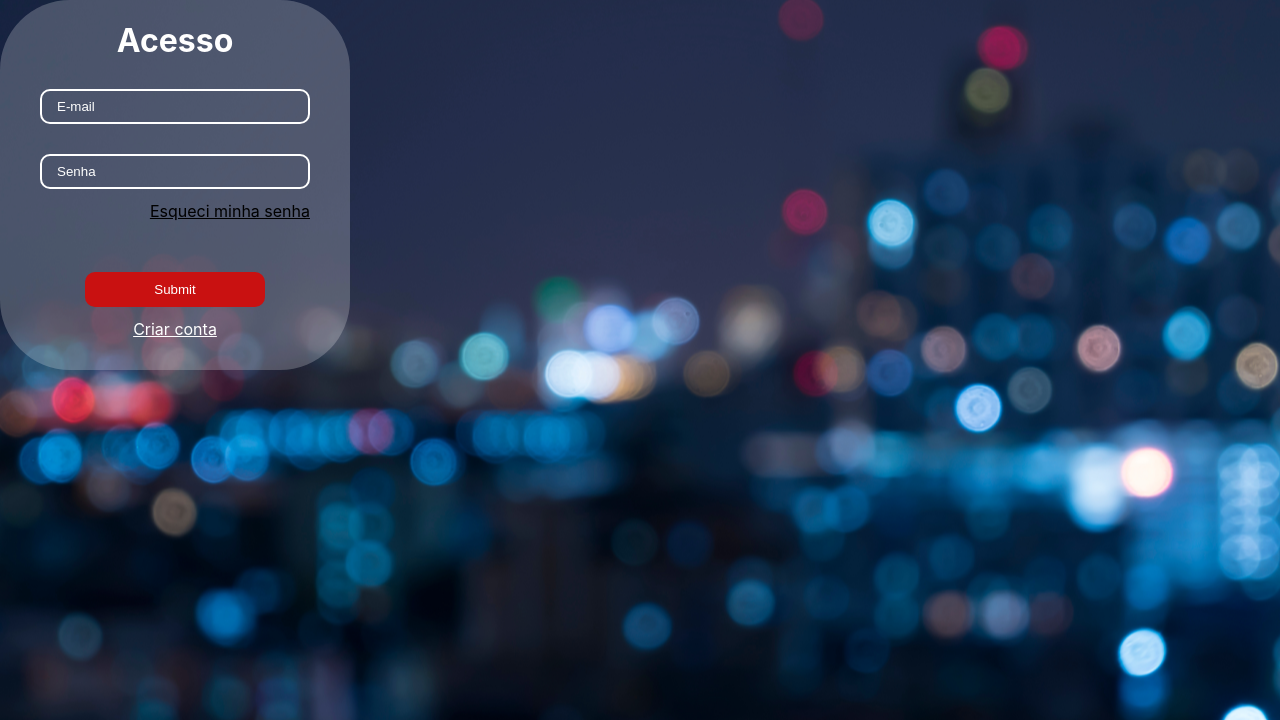
Repository: mateus-henrique-silva/Plataforma_videos_treinamento
Page: / (app in my-app/)
These files come from the project's save history. The page is drawn as it stood at one moment and after the next save; the edit follows.
The browser window is 1280 px wide. The pictures show the whole page.
The project was rebuilt for these pictures with package versions that can differ from the ones it lists, and the page was loaded fresh each time.

Above is the page before, as saved 2022-08-16 09:05:36.

### my-app/src/App.js
import logo from "./logo.svg";
import React from "react";
import "./App.css";
import Login from "./Pages/Login/Login"
import { BrowserRouter as Router, Routes, Route, Link } from "react-router-dom";

function App() {
  return (
    <div className="App">
      <Router>
        <Routes>
          <Route element={<Login />} path="/" />
        </Routes>
      </Router>
    </div>
  );
}

export default App;

### my-app/src/App.css
*{
  padding: 0;
  margin: 0;
  border:0;
}

### my-app/src/Pages/Login/Login.jsx
import React from "react";
import "./Login.css";
import FormLogin from '../../Components/formLogin/formLogin'

const Login = () => {
  return (
    <>
      <div className="backgound-one">
          <FormLogin/>
      </div>
    </>
  );
};

export default Login;

### my-app/src/Pages/Login/Login.css
.backgound-one{
    width:100vw;
    height:100vh;
    background: url("../../Assets//ImageBackground/Rectangle.png") fixed center no-repeat;
}

### my-app/src/Components/formLogin/formLogin.jsx
import React, { useState } from "react";
import "./formLogin.css";
import { BrowserRouter as Router, Routes, Route, Link } from "react-router-dom";

const FormLogin = () => {
  const [email, setEmail] = useState("");
  const [pass, setPass] = useState("");
  return (
    <div>
      <div className="box-login">
        <form className="formLogin">
          <h1>Acesso</h1>
          <input
            type="text"
            placeholder="E-mail"
            value={email}
            onChange={(e) => {
              setEmail(e.target.value);
            }}
          />
          <input
            type="password"
            placeholder="Senha"
            value={pass}
            onChange={(e) => {
              setPass(e.target.value);
            }}
          />
          <Link to="/">Esqueci minha senha</Link>
          <center>
            {" "}
            <input type="submit" />
          </center>
          <Link to="/">Criar conta</Link>
        </form>
      </div>
    </div>
  );
};

export default FormLogin;

### my-app/src/Components/formLogin/formLogin.css
.box-login {
  width: 350px;
  height: 370px;
  display: grid;
  background: rgba(255, 255, 255, 0.22);
  border-radius: 70px;
  justify-content: center;
  align-items: center;
}

.box-login .formLogin input[type="text"], [type="password"] {
  width: 270px;
  height: 35px;
  margin-bottom: 0;
  bottom: 0;
  margin-top: -12px;
  box-sizing: border-box;
  border: 2px solid #ffffff;
  border-radius: 10px;
  padding-left: 15px;
 background:transparent;
 color: #ffffff;
}
.box-login .formLogin input::placeholder {
    color: #ffffff;
  }
.box-login .formLogin {
  height: 100%;
  width: 350px;
  color: #ffffff;
  justify-content: center;
  align-items: center;
  display: grid;
}
.box-login .formLogin a{
    color: black;
    margin-top: -40px;
    display:flex;
    justify-content:flex-end;
}

.box-login .formLogin a:last-child{
    color: white;
    margin-top: -40px;
    display:flex;
    justify-content:center;
}

.box-login .formLogin h1 {
    text-align: center;
  }
.box-login .formLogin input[type="submit"] {
    width: 180px;
    height: 35px;
    margin-bottom: 0;
    bottom: 0;
    box-sizing: border-box;
    cursor: pointer;
    border-radius: 10px;

    background: #C91111;
   color: #ffffff;
  }

Loaded but not shown: my-app/public/index.html (common file); my-app/src/index.js (common file); my-app/src/index.css (common file); my-app/src/reportWebVitals.js (common file)

After the next save:
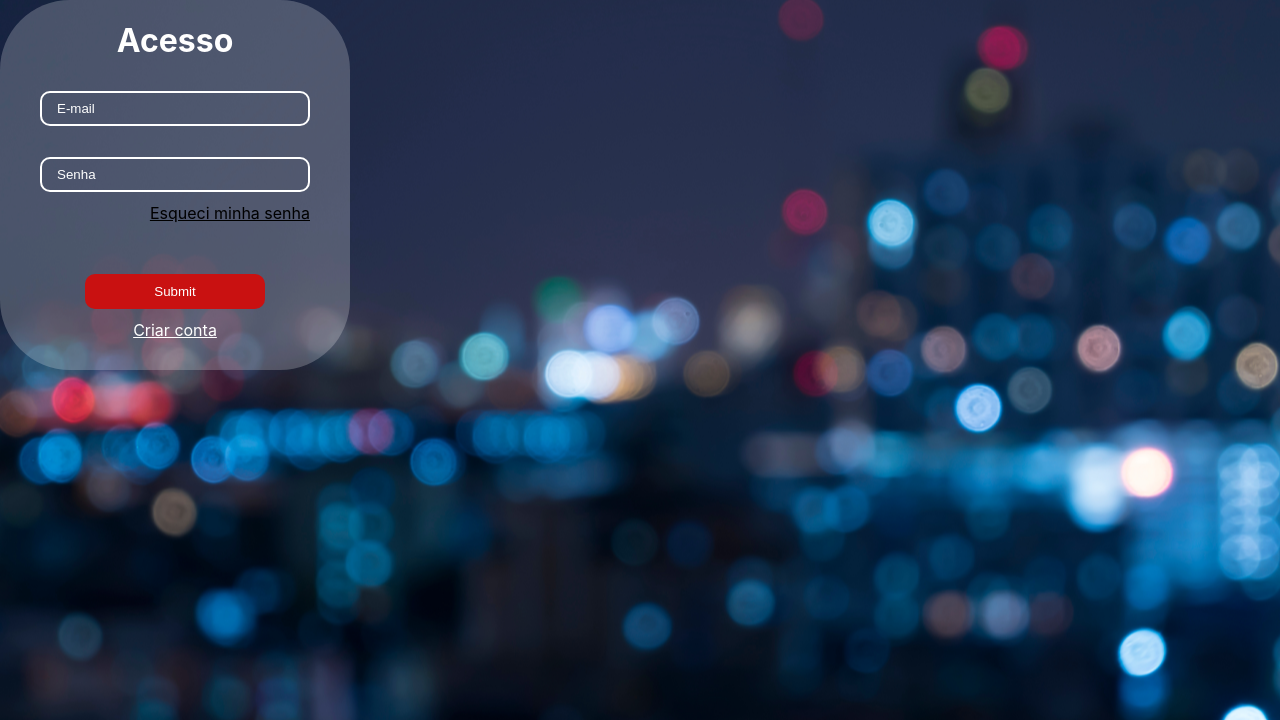
Saved 7 s later.
--- a/my-app/src/Components/formLogin/formLogin.css
+++ b/my-app/src/Components/formLogin/formLogin.css
@@ -13,7 +13,7 @@
   height: 35px;
   margin-bottom: 0;
   bottom: 0;
-  margin-top: -12px;
+  margin-top: -10px;
   box-sizing: border-box;
   border: 2px solid #ffffff;
   border-radius: 10px;
